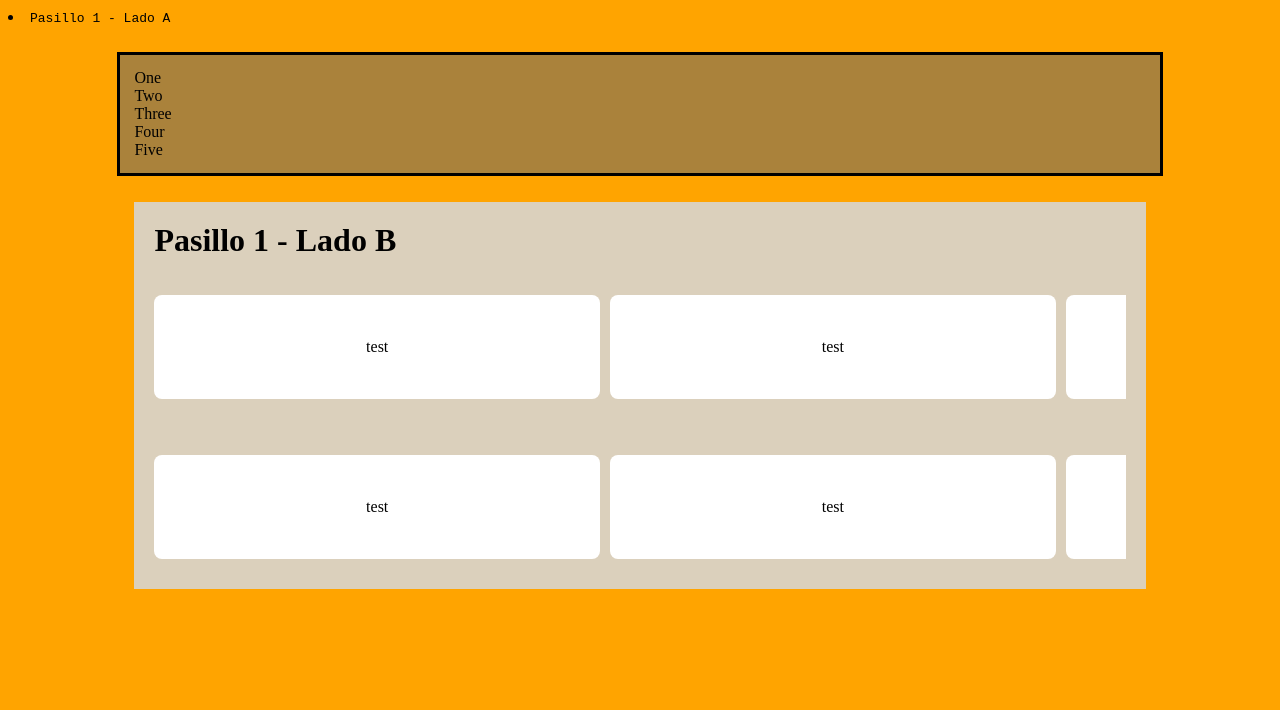
Repository: Franzcod/DepoStock_Web
Page: index.html
These files come from the project's save history. The page is drawn as it stood at one moment and after the next save; the edit follows.
The browser window is 1280 px wide. The pictures show the whole page.

Above is the page before, as saved 2020-06-07 02:30:41.
Console error: ReferenceError: ur is not defined

### index.html
<!DOCTYPE html>
<html lang="en">
<head>
    <meta charset="UTF-8">
    <meta name="viewport" content="width=device-width, initial-scale=1.0">
    <title>Deposito Probusol</title>

    <link rel="stylesheet" href="estilo/estilo.css">
</head>
<body>

    <li><code>Pasillo 1 - Lado A</code>
        <div id="div2">
            <div class="wrapper">
                <div class="box1">One</div>
                <div class="box2">Two</div>
                <div class="box3">Three</div>
                <div class="box4">Four</div>
                <div class="box5">Five</div>
            </div>
        </div>
    </li>

    <div class="app">
        <h1>Pasillo 1 - Lado B</h1>

        <ul class="hs">
            <li class="item">test</li>
            <li class="item">test</li>
            <li class="item">test</li>
            <li class="item">test</li>
            <li class="item">test</li>
            <li class="item">test</li>
            <li class="item">test</li>
            <li class="item">test</li>
            <li class="item">test</li>
            <li class="item">test</li>
            <li class="item">test</li>
            <li class="item">test</li>
            <li class="item">test</li>
            <li class="item">test</li>
            <li class="item">test</li>
            <li class="item">test</li>
            <li class="item">test</li>
            <li class="item">test</li>
            <li class="item">test</li>
            <li class="item">test</li>
            <li class="item">test</li>
            <li class="item">test</li>
            <li class="item">test</li>
            <li class="item">test</li>
        </ul>

        <!-- <div class="container">
            <div class="item">
            <h3>Block for context</h3>
            </div>
        </div> -->
    </div>






    <script>ur</script>

</body>







</html>

### estilo/estilo.css
html{
    background-color: rgba(255, 164, 0, 1);
}

#div2 {
    border: 3px solid black;
    width:  80%;
    height: 40%;
    margin: 2vw auto;
    padding: 2vh 2vh;
    background-color: rgba(105, 105, 105, 0.565);
}

#div2 { overflow-x: scroll;}

:root {
--gutter: 20px;
}

.app {
padding: var(--gutter) 0;
display: grid;
grid-gap: var(--gutter) 0;
grid-template-columns: var(--gutter) 1fr var(--gutter);
align-content: start;
}

.app > * {
grid-column: 2 / 2;
}

.app > .full {
grid-column: 1 / -1;
}

.hs {
display: grid;
grid-gap: calc(var(--gutter) / 2);
grid-template-columns: repeat(15, calc(50% - var(--gutter) * 2));
grid-template-rows: minmax(150px, 1fr);

overflow-x: scroll;
/* scroll-snap-type: x proximity; */
padding-bottom: calc(.75 * var(--gutter));
margin-bottom: calc(-.25 * var(--gutter));
}

/* Demo styles */

ul {
list-style: none;
padding: 0;
}

h1,
h2,
h3 {
margin: 0;
}

.app {
width: 80%;
height: 667px;
background: #DBD0BC;
overflow-y: scroll;
margin: 2vw auto;
height: 40%;
}

.hs > li,
.item {
scroll-snap-align: center;
padding: calc(var(--gutter) / 1 );
display: flex;
flex-direction: column;
justify-content: center;
align-items: center;
background: #fff;
border-radius: 8px;
height: 5vw;
}

After the next save:
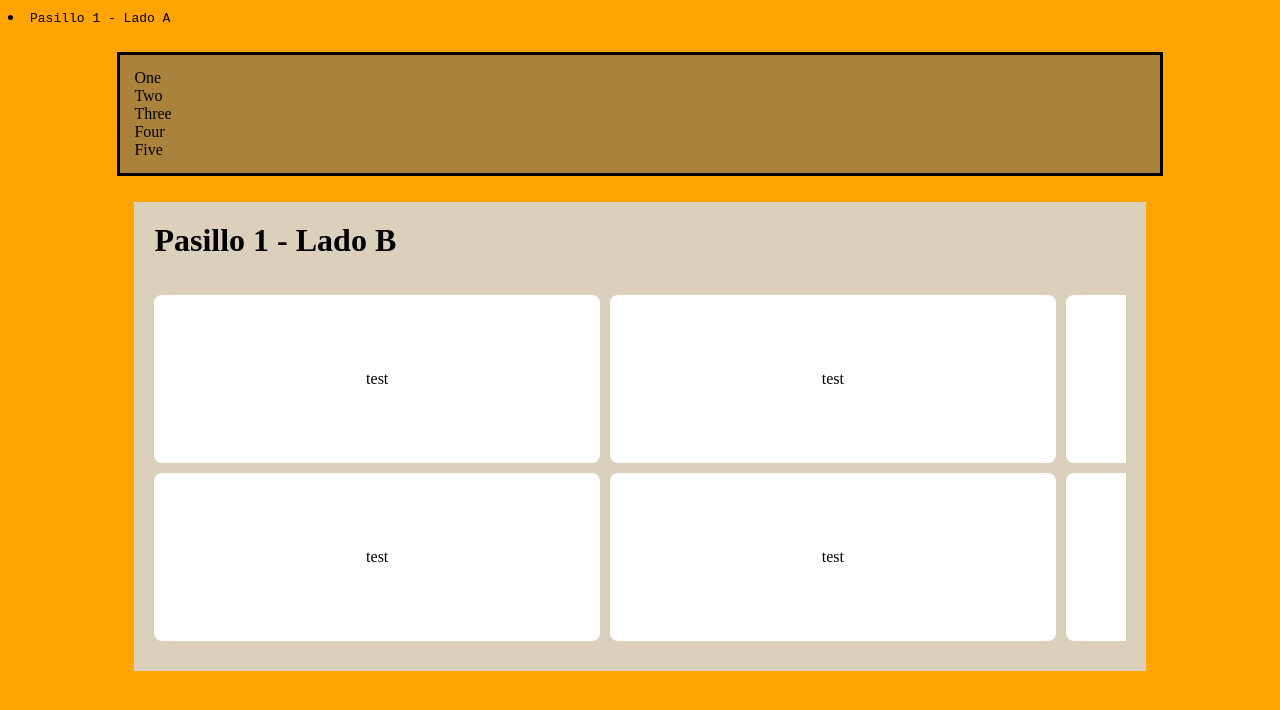
Saved 4 s later.
--- a/estilo/estilo.css
+++ b/estilo/estilo.css
@@ -77,5 +77,5 @@ justify-content: center;
 align-items: center;
 background: #fff;
 border-radius: 8px;
-height: 5vw;
+height: 10vw;
 }
